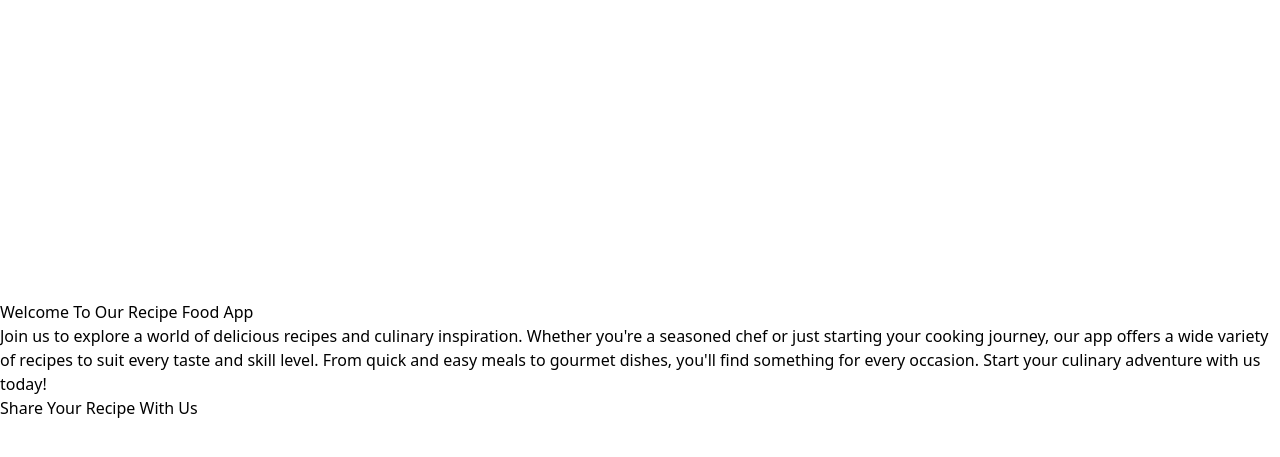
Repository: Eslam0Mohamed/mern-recipe-app
Page: / (app in FrontEnd/)
These files come from the project's save history. The page is drawn as it stood at one moment and after the next save; the edit follows.
The browser window is 1280 px wide. The pictures show the whole page.
The project was rebuilt for these pictures with package versions that can differ from the ones it lists, and the page was loaded fresh each time. Also part of the build but not shown: FrontEnd/vite.config.js.

Above is the page before, as saved 2026-05-07 17:54:24.

### FrontEnd/src/App.jsx
import React from 'react'
import Home from './pages/Home'
import { createBrowserRouter } from 'react-router-dom'

const App = () => {
  const router = createBrowserRouter([
    { path: '/', element: <Home />  },
    // { path: '/', element: <Contact />  },
    // { path: '/', element: <Home />  }
  ])
  return (
    <main>
      <Home />
    </main>
  )
}

export default App

### FrontEnd/src/pages/Home.jsx
import React from 'react'
import backgroundImage from "../assets/bg_2.png"
function Home() {
  return (
    <section className={`bg-[image:url(${backgroundImage})] bg-cover h-screen flex items-center justify-center`}>
      <div className='left'>
        <h1 className='text-orang'>Welcome To Our Recipe Food App</h1>
        <p>Join us to explore a world of delicious recipes and culinary inspiration. Whether you're a seasoned chef or just starting your cooking journey, our app offers a wide variety of recipes to suit every taste and skill level. From quick and easy meals to gourmet dishes, you'll find something for every occasion. Start your culinary adventure with us today!</p>
      <button>Share Your Recipe With Us</button>
      </div>
      {/* <div className='right'>
        <img src={""} alt="share your recipe" />
      </div> */}
      <div></div>
    </section>
  )
}

export default Home

Loaded but not shown: FrontEnd/src/main.jsx (common file); FrontEnd/src/index.css (common file)

After the next save:
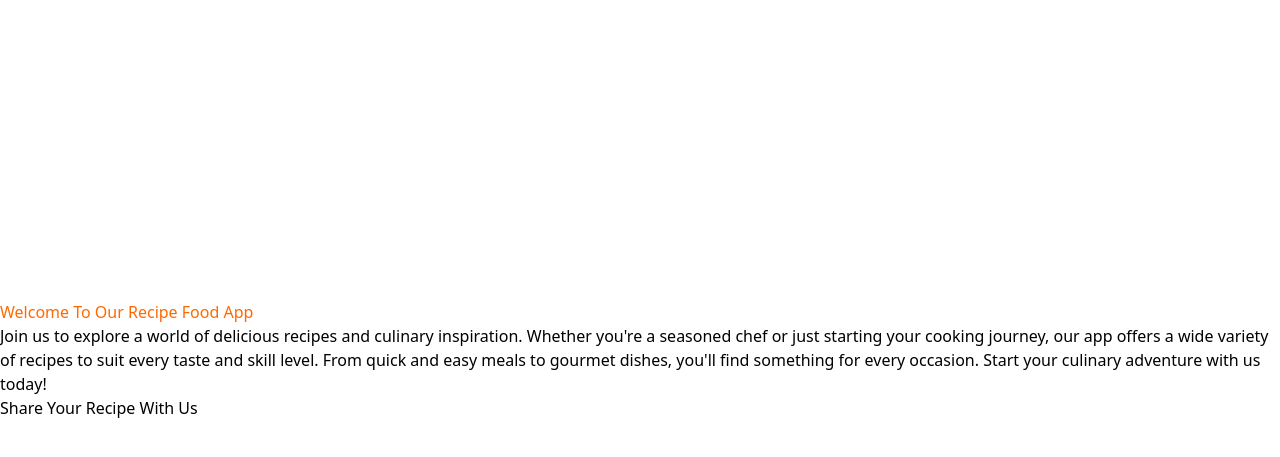
Saved 6 s later.
--- a/FrontEnd/src/pages/Home.jsx
+++ b/FrontEnd/src/pages/Home.jsx
@@ -4,7 +4,7 @@ function Home() {
   return (
     <section className={`bg-[image:url(${backgroundImage})] bg-cover h-screen flex items-center justify-center`}>
       <div className='left'>
-        <h1 className='text-orang'>Welcome To Our Recipe Food App</h1>
+        <h1 className='text-orange-500 text-'>Welcome To Our Recipe Food App</h1>
         <p>Join us to explore a world of delicious recipes and culinary inspiration. Whether you're a seasoned chef or just starting your cooking journey, our app offers a wide variety of recipes to suit every taste and skill level. From quick and easy meals to gourmet dishes, you'll find something for every occasion. Start your culinary adventure with us today!</p>
       <button>Share Your Recipe With Us</button>
       </div>
